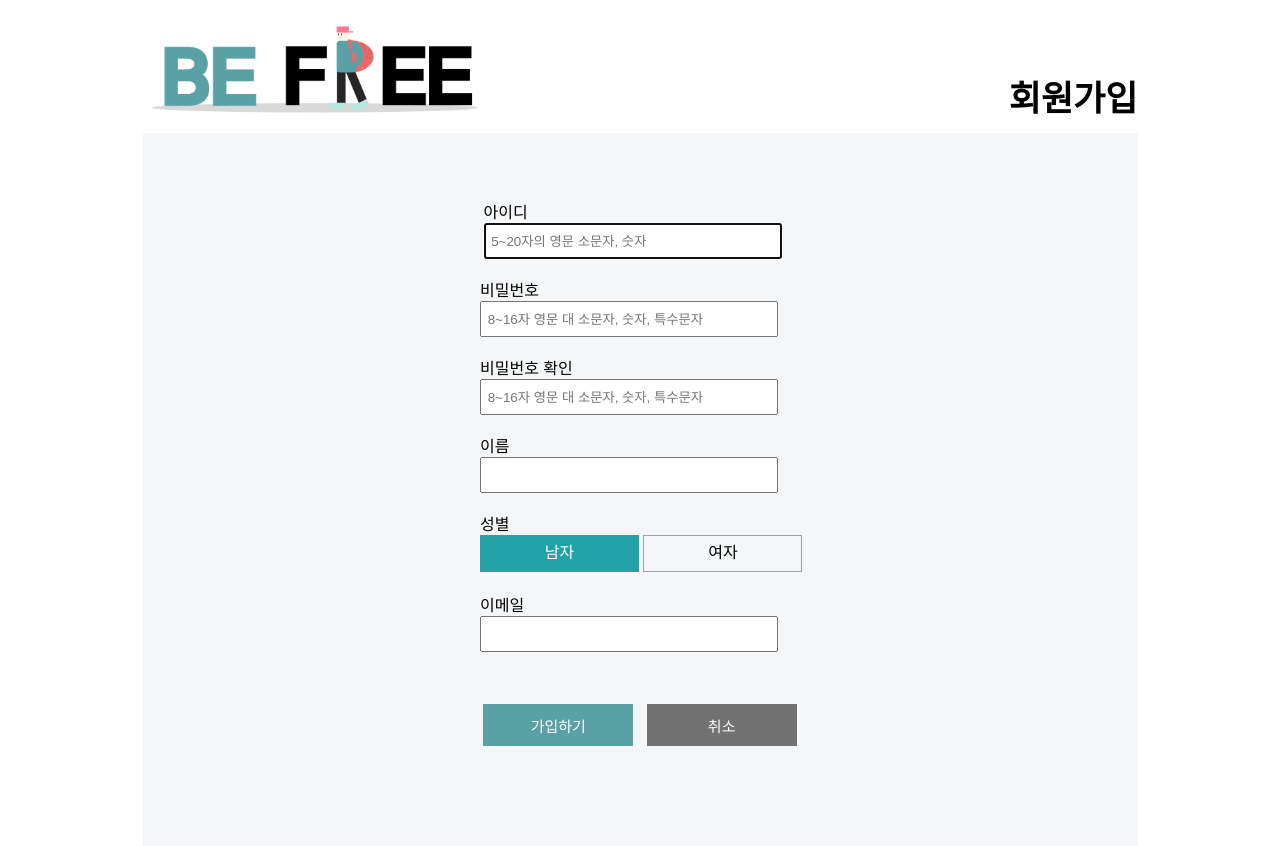
Repository: 1912087/Klavier_Piano
Page: http://localhost/notice/join.jsp
These files come from the project's save history. The page is drawn as it stood at one moment and after the next save; the edit follows.
The browser window is 1280 px wide. The pictures show the whole page.
Some web fonts or font styles are not loaded; a fallback is used. The page is served by Tomcat 9. Other server files are loaded and not shown.

Above is the page before, as saved 2021-11-08 19:42:31.

### Notice/notice/WebContent/join.jsp
<%@ page language="java" contentType="text/html; charset=EUC-KR"
    pageEncoding="EUC-KR"%>
<!DOCTYPE html>
<html>
    <head>
        <meta charset="UTF-8">
        <title>BE FREE</title>
        <script src ="https://cdnjs.cloudflare.com/ajax/libs/jquery/3.3.1/jquery.js"></script>
        <link href="https://fonts.googleapis.com/css?family=Bungee+Inline&display=swap" rel="stylesheet">
        <link href="https://fonts.googleapis.com/css2?family=Varela+Round&display=swap" rel="stylesheet">

        <link rel="preconnect" href="https://fonts.googleapis.com">
        <link rel="preconnect" href="https://fonts.gstatic.com" crossorigin>
        <link href="https://fonts.googleapis.com/css2?family=Gowun+Dodum&display=swap" rel="stylesheet">

        <style>
            body{font-family: 'Gowun Dodum', sans-serif;}
            ul {list-style-type: none;}
            a {text-decoration: none; color:black;}
            input {height:30px; width: 290px;}

            .all {
                padding-top:15px;
                margin:0 auto;
                width:995px;
            }
            .logo{
                display: flex;
                width: 341px;
                float: left;
            }
            .aa {
                /*height:1200px;*/
                background-color: #f5f6f7;
                padding-top: 50px;
                position: relative;
                top: 110px;
                padding-bottom: 100px;
            }

            h2 {
                font-size: 35px;
                margin: 0px;
                float: right;
                text-align: right;
                z-index: -1000;
                width: 200px;
                margin-top: 47px;
            }

            .aa li, .a2 div { margin-left:50px;}

            .a2 {
                width:500px;
                margin:0 auto;

            }
            .btn {text-align: center;}
            .ch {position: relative; top:-10px;}
            .btn1{
                background-color: rgb(89, 161, 165);
                width: 150px;
                height: 42px;
                border: none;
            }
            .btn1 a{color: white; font-family: 'Gowun Dodum', sans-serif; font-size: 15px;}
            .btn2{
                background-color: rgb(114, 114, 114);
                width: 150px;
                height: 42px;
                border: none;
            }
            .btn2 a{color: white; font-family: 'Gowun Dodum', sans-serif; font-size: 15px;}

			.checking{height: 20px; width: 20px;}

            .btn-primary input[type="radio"] {
                display: none;
            }
            .btn-primary input[type="radio"] + span{
                display:inline-block;
                background:none;
                border:1px solid #a1a1a1;
                padding:0px 10px;
                text-align:center;
                height:35px;
                line-height:33px;
                font-weight:500;
                cursor:pointer;
                width: 137px;
                margin-bottom: 20px;
            }

            .btn-primary input[type="radio"]:checked + span{
                border:1px solid #23a3a7;
                background:#23a3a7;
                color:#fff;
            }

        </style>
        <script type="text/javascript">
            $(function(){
                $('.btn1').click(function(){
                    var id = document.getElementById('ID').value;
                    var pw = document.getElementById('PW').value;
                    var pwchk = document.getElementById('PWchk').value;
                    var name = document.getElementById('name').value;
                    var email = document.getElementById('email').value;
                    var terms1 = $("#check1").is(':checked');

                    if(id ==""){
                        alert("아이디를 입력하세요");
                        id.focus();
                        exit;

                    }else if(pw ==""){
                        alert("비밀번호를 입력하세요");
                        pw.focus();
                        exit;

                    }else if(pwchk==""){
                        alert("비밀번호확인을 입력하세요");
                        pwchk.focus();
                        exit;
                    }else if(name==""){
                        alert("이름을 입력하세요");
                        name.focus();
                        exit;
                    }
                    if(email==""){
                        alert("이메일을 입력하세요");
                        document.join.email.focus();
                        exit;
                    }
                    if(pw!=pwchk){
                        alert("입력한 2개의 비밀번호가 일치하지 않습니다.");
                        document.join.pw.focus();
                        exit;
                    }
                    if(id.length<5 || id.length>20){
                        alert("아이디는 5자이상 20자이하로 입력해주세요.");
                        document.join.id.focus();
                        exit;
                    }
                    if(!CheckEmail(email)){
                        alert("이 메일형식이 올바르지 않습니다.");
                        document.join.email.focus();
                        exit;
                    }
                });

                // 이메일이 잘못되었는지 확인하는 함수
                function CheckEmail(str)
                {
                    var reg_email = /^([0-9a-zA-Z_\.-]+)@([0-9a-zA-Z_-]+)(\.[0-9a-zA-Z_-]+){1,2}$/;
                    if(!reg_email.test(str)) {
                        return false;
                    }
                    else {
                        return true;
                    }

                }
            });

        </script>
    </head>
    <body>
        <div class="all">
            <header>
                <div class="name">
                    <a href="main.html"><img class="logo" src="images/BE_FREE.png"></a>
                    <h2>회원가입</h2>
                </div>
            </header>

            <from name="join" method="post" action="로그인.html">
                <div class="aa">
                    <div class="a2">
                        <ul>
                            <li><label>아이디</label><br><input type="id" size="43" id="ID" name="userID" placeholder=" 5~20자의 영문 소문자, 숫자" autofocus required></li><br>
                            <li><label>비밀번호</label><br><input type="password" id="PW" name="userPassword" size="43" placeholder=" 8~16자 영문 대 소문자, 숫자, 특수문자"required></li><br>
                            <li><label>비밀번호 확인</label><br><input type="password" id="PWchk" name="pwchk2" size="43" placeholder=" 8~16자 영문 대 소문자, 숫자, 특수문자"required></li><br>
                            <li><label>이름</label><br><input type="name" name="userName" id="name" size="43"required></li><br>
                            <li>
                                <label>성별</label><br>
                                <label class="btn btn-primary active">
                                    <input type="radio" name="userGender" autocomplete="off" checked><span>남자</span>
                                </label>
                                <label class="btn btn-primary active">
                                    <input type="radio" name="userGender" autocomplete="off"><span>여자</span>
                                </label>
                            </li>
                            <li><label>이메일</label><br><input type="email" id="email" name="userEmail" size="43" class="userEmail"></li><br>
                        </ul>
                    </div>
                    <br>
                    <div class="btn">
                        <button class="btn1"><a href="#">가입하기</a></button> &nbsp;
                        <button class="btn2"><a href="main.html">취소</a></button>
                    </div>
                </div>
            </from>

        </div>
    </body>
</html>

After the next save:
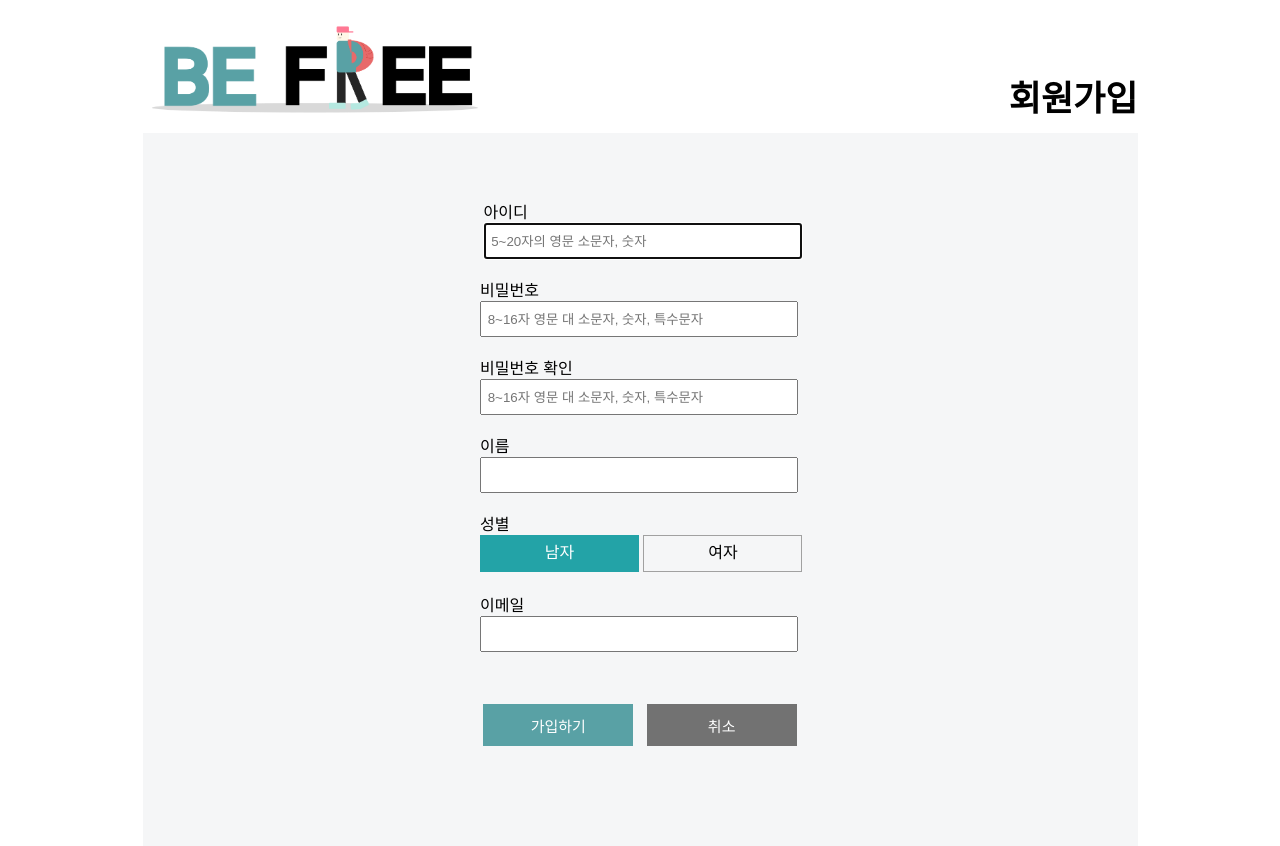
Saved 9 s later.
--- a/Notice/notice/WebContent/join.jsp
+++ b/Notice/notice/WebContent/join.jsp
@@ -17,7 +17,7 @@
             body{font-family: 'Gowun Dodum', sans-serif;}
             ul {list-style-type: none;}
             a {text-decoration: none; color:black;}
-            input {height:30px; width: 290px;}
+            input {height:30px; width: 310px;}
 
             .all {
                 padding-top:15px;
